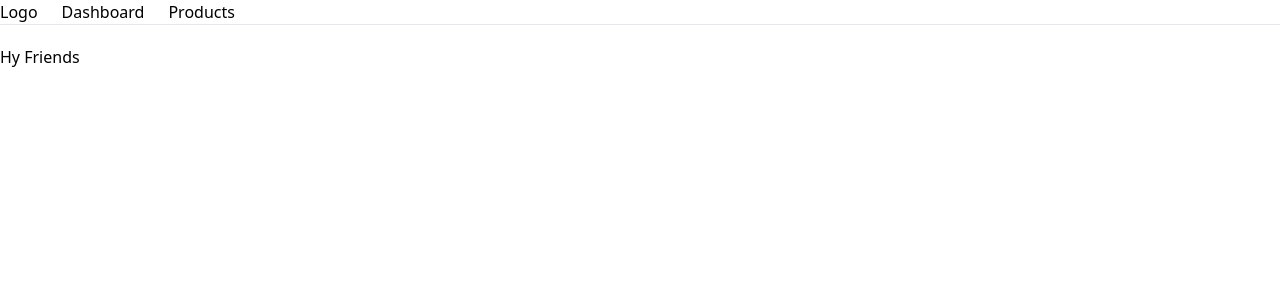
Repository: MakrandMZare/gopal-app
Page: /
An editor plug-in stored every save of this project. The page is shown before and after the next save, followed by the edit.
The browser window is 1280 px wide. The pictures show the whole page.
The project was rebuilt for these pictures with package versions that can differ from the ones it lists, and the page was loaded fresh each time. The framework's server and built-in components were replaced by stand-ins that run in the browser. Also part of the build but not shown: next.config.mjs.

Above is the page before, as saved 2024-07-19 00:25:06.

After the next save:
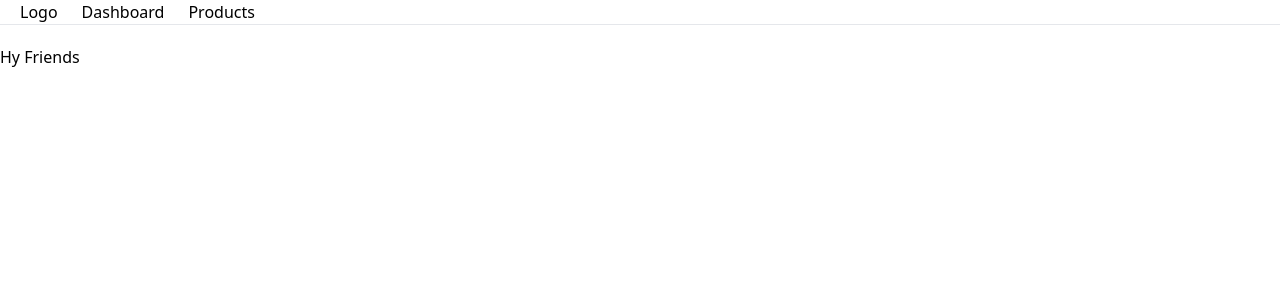
Saved 48 s later.
--- a/app/NavBar.tsx
+++ b/app/NavBar.tsx
@@ -3,7 +3,7 @@ import React from "react";
 
 const NavBar = () => {
   return (
-    <nav className="flex space-x-6 border-b mb-5">
+    <nav className="flex space-x-6 border-b mb-5 px-5">
       <Link href="/">Logo</Link>
       <ul className="flex space-x-6">
         <li>
